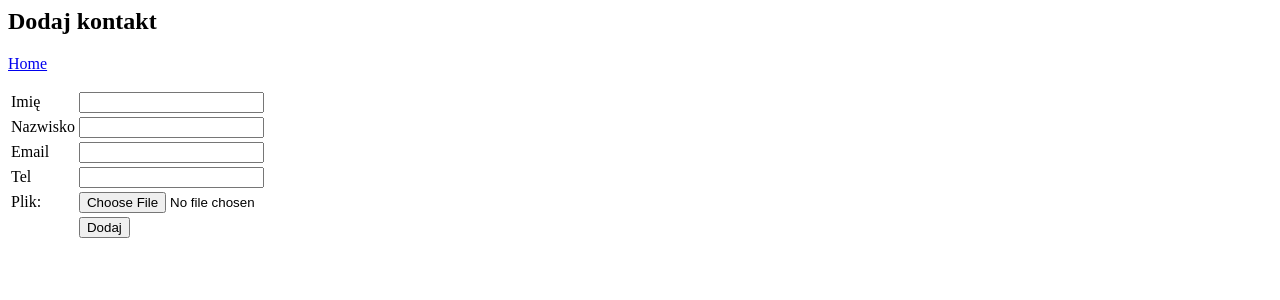
Repository: mkasus/crudCSV
Page: http://localhost/add.php
These files come from the project's save history. The page is drawn as it stood at one moment and after the next save; the edit follows.
The browser window is 1280 px wide. The pictures show the whole page.
The page is run by PHP 8.4 with error messages shown; the project is at /var/www/html/.

Above is the page before, as saved 2024-03-27 18:42:19.

After the next save:
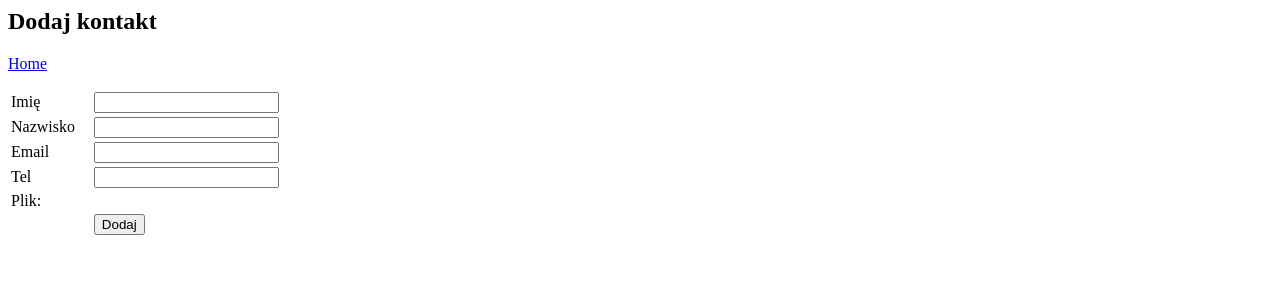
Saved 7 min 6 s later.
--- a/add.php
+++ b/add.php
@@ -30,7 +30,7 @@
 			<tr>
 			<td>
 				<label for="myfile"> Plik:</label></td>
-			<td>	<input type="file" id="myfile" name="file"></td>
+			<td>
 			</tr>
 			<tr>
 				<td></td>
